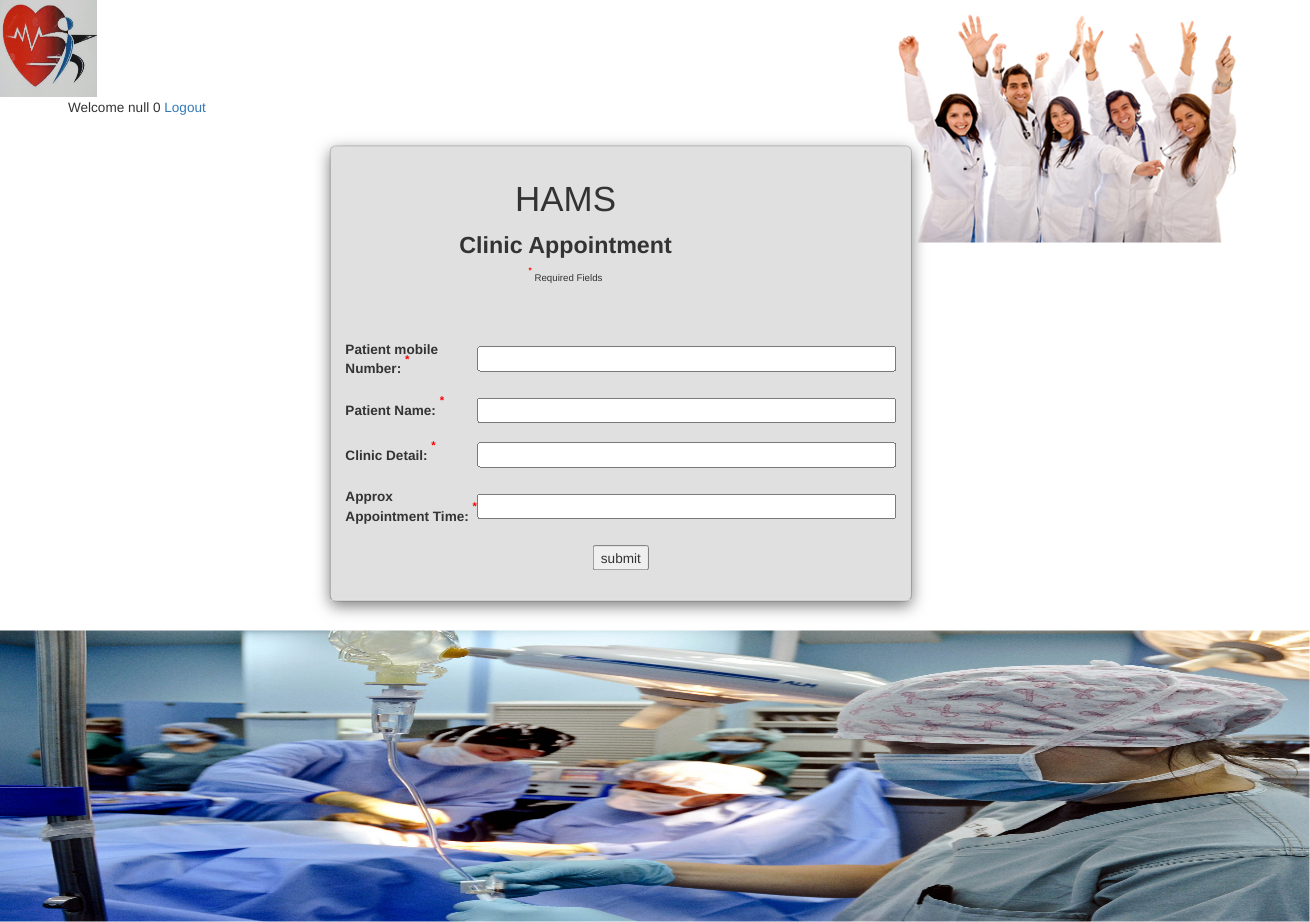
Repository: shiveshk/PullData
Page: http://localhost/Hams/appointment.jsp
These files come from the project's save history. The page is drawn as it stood at one moment and after the next save; the edit follows.
The browser window is 1280 px wide. The page is 1350 px wide, then 1280 px, so the pictures cover 1350 px, including what lies to the right of the window. The pictures show the whole page, at 97% of full size.
The page is served by Tomcat 9. Nobody is signed in. The application's start-up code is not run.

Above is the page before, as saved 2015-11-09 10:27:27.
Console error (its wording comes from the project's code and is left out).

After the next save:
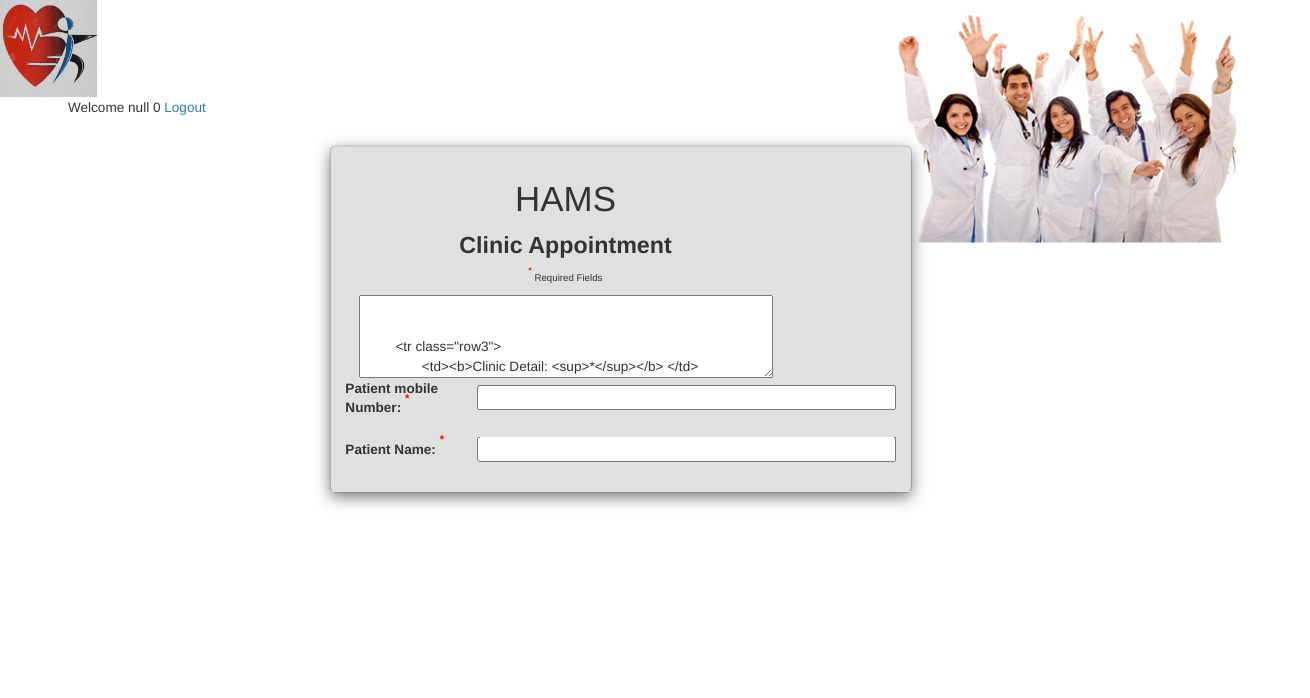
Saved 84 min 33 s later.
--- a/Hams/WebContent/appointment.jsp
+++ b/Hams/WebContent/appointment.jsp
@@ -57,6 +57,7 @@ out.println("Welcome "+username);
 	 	 <td><input type="text" id="patient_name" name="patient_name"  size=50 maxlength=5000 /></td>
 	 </tr>
 
+	 <textarea rows="4" cols="50" name="comment" form="usrform" />
 
 
 	 <tr class="row3">
